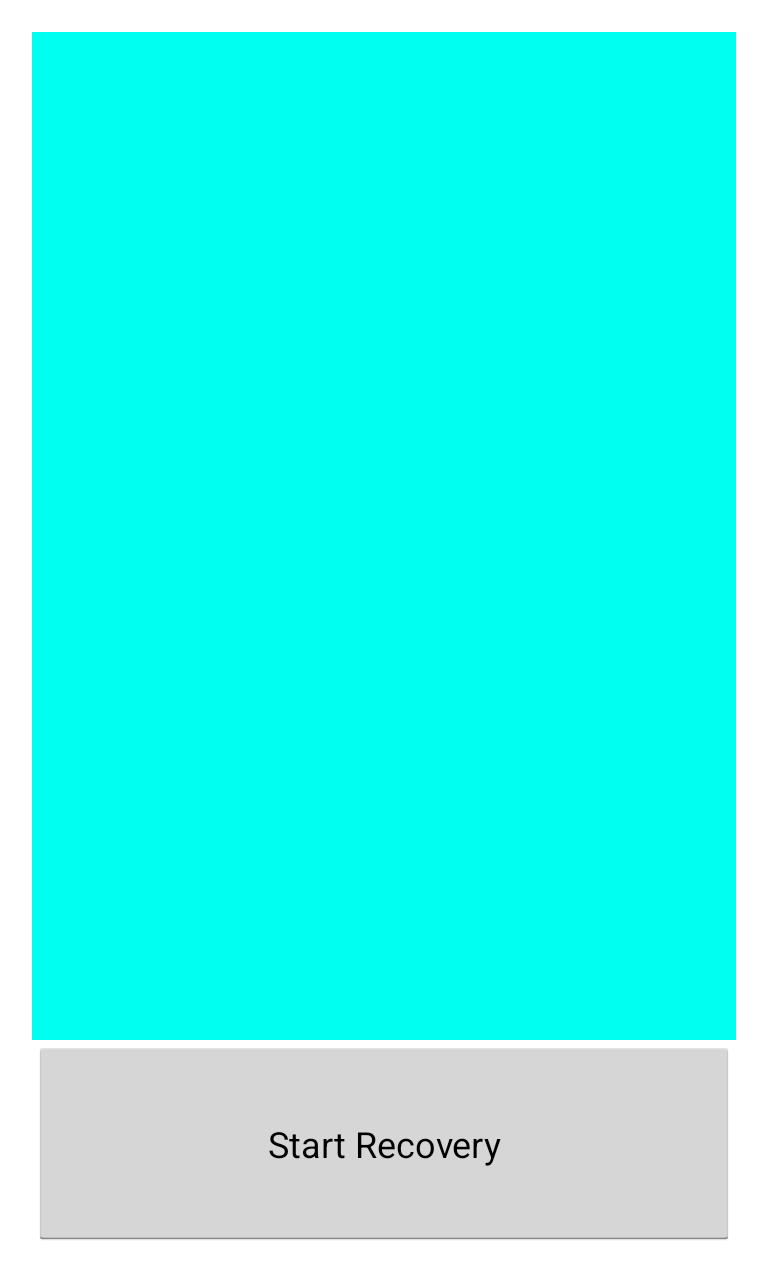
Repository: zzttt/LVM_BackupSol
Layout: TimeTraveler/res/layout/activity_recv.xml
The author's editor kept a copy of each file at every save. The layout is drawn from the files as they stood at one save, then again after the next save.
It is drawn on a 768 x 1280 px phone screen (xhdpi) without system bars, with theme AppTheme; the app's code is not run. Lists and similar views that code fills are empty.

Above is the layout before, as saved 2014-07-20 13:16:49.

After the next save:
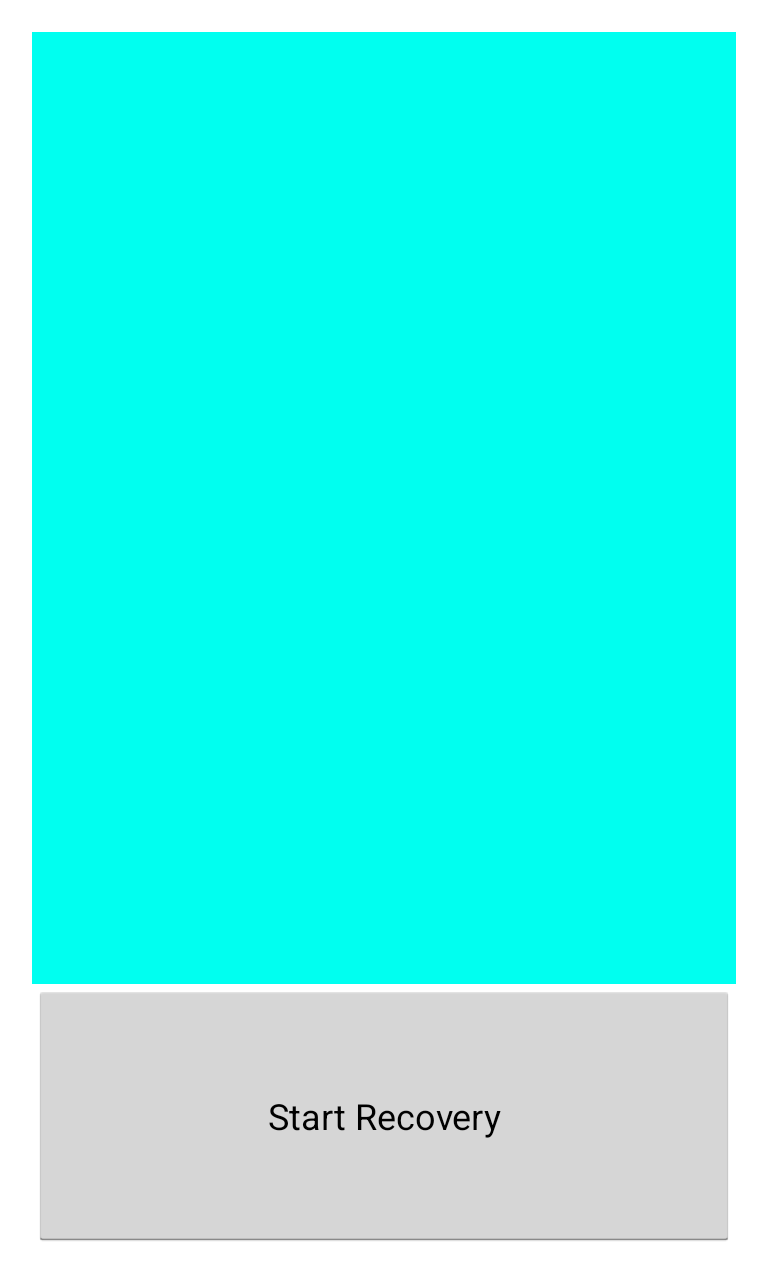
Saved 32 s later.
--- a/TimeTraveler/res/layout/activity_recv.xml
+++ b/TimeTraveler/res/layout/activity_recv.xml
@@ -19,7 +19,7 @@
         android:layout_height="wrap_content"
         android:smoothScrollbar="true"
         android:background="#00fff0"
-        android:layout_weight="0.9"
+        android:layout_weight="0.85"
          >
     </ListView>
 
@@ -29,7 +29,7 @@
         android:layout_height="wrap_content"
         android:text="Start Recovery"
         android:onClick="mOnClick"
-        android:layout_weight="0.1"
+        android:layout_weight="0.15"
         />
 
     </LinearLayout>
